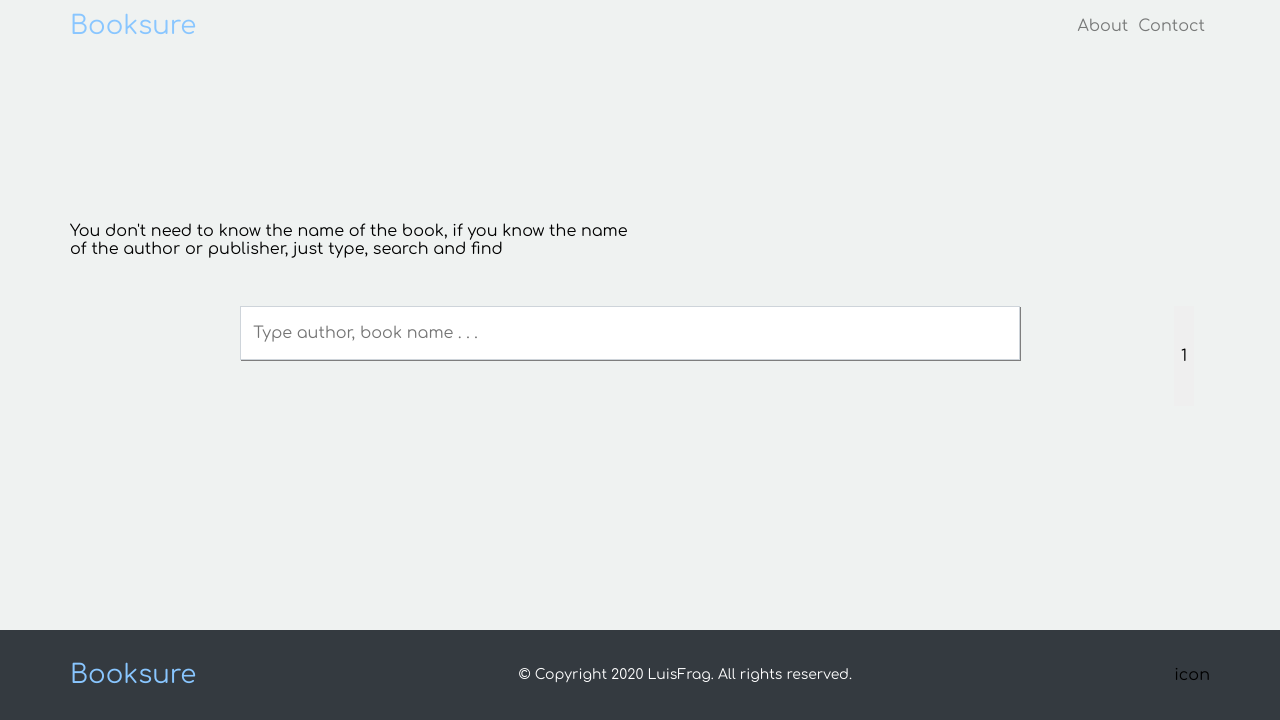
Repository: changesxxx/searchBooks
Page: /search
The author's editor kept a copy of each file at every save. The page is drawn from the files as they stood at one save, then again after a run of saves.
The browser window is 1280 px wide. The pictures show the whole page.
The project was rebuilt for these pictures with package versions that can differ from the ones it lists, and the page was loaded fresh each time. Also part of the build but not shown: craco.config.js.

Above is the page before, as saved 2024-06-24 18:10:23.

After the next 2 saves:
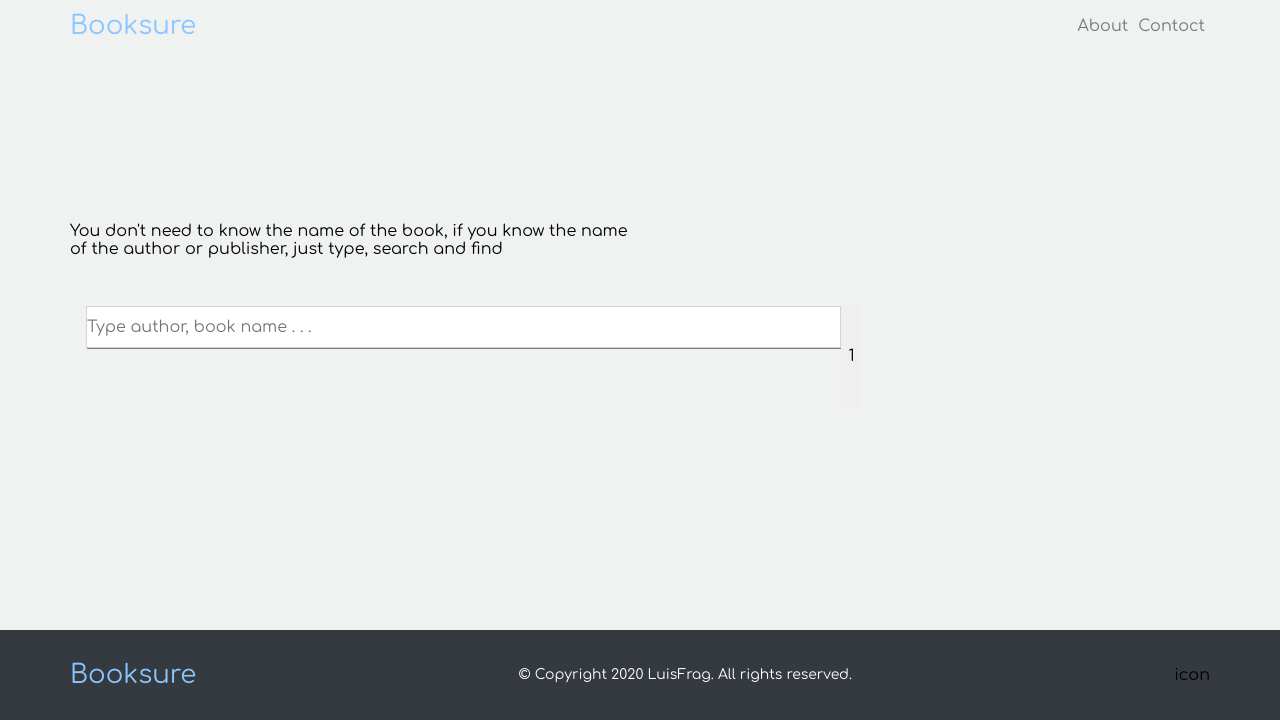
The 2 saves are shown as one change because they came seconds apart.
The last was saved 7 s later.
--- a/src/view/search/style.js
+++ b/src/view/search/style.js
@@ -21,8 +21,6 @@ const searchWrapper = styled.div`
     .search-input {
       width: 68%;
       height: 40px;
-      margin: 0 auto;
-      padding: 0.375rem 0.75rem;
 
       box-shadow: 1px 1px #7e7e7e;
       border: 1px solid #ced4da;
